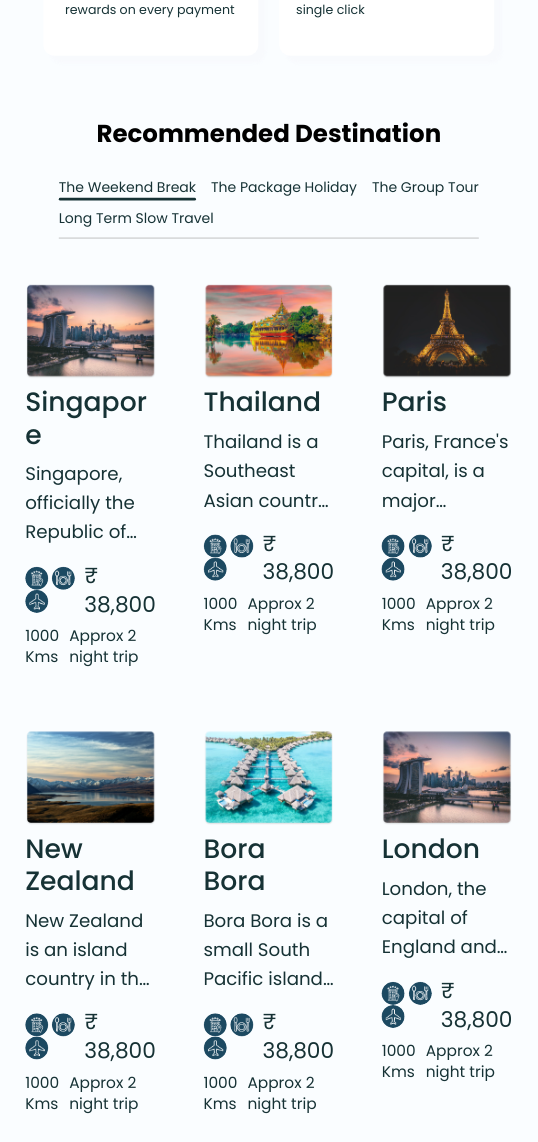
Repository: kuluong2000/travel
Page: index.html
An editor plug-in stored every save of this project. The page is shown before and after the next save, followed by the edit.
The browser window is 768 px wide. The pictures show the part of the page from y = 1132 to 3372 px (the page is 2763 px tall before and 3372 px after), at 70% of full size.
The style sheet was rebuilt from its Sass, Less or Tailwind sources for each picture, by a compiler version that may differ from the author's.

Above is the page before, as saved 2021-09-09 22:13:25.

### index.html
<!DOCTYPE html>
<html lang="en">
  <head>
    <meta charset="UTF-8" />
    <meta http-equiv="X-UA-Compatible" content="IE=edge" />
    <meta name="viewport" content="width=device-width, initial-scale=1.0" />
    <link rel="stylesheet" href="./libs/css/bootstrap.min.css" />
    <link rel="stylesheet" href="./libs/css/animate.css" />
    <link rel="stylesheet" href="./libs/css/slick-theme.css" />
    <link rel="stylesheet" href="./libs/css/slick.css" />
    <link rel="stylesheet" href="./assets/css/reset.css" />
    <link rel="stylesheet" href="./assets/css/style.css" />
    <link rel="stylesheet" href="./assets/css/responsive.css" />
    <title>Document</title>
  </head>
  <body>
    <header class="header">
      <div class="container">
        <div class="row">
          <div class="header__main">
            <div class="header__logo">
              <a href="/">
                <img src="./assets/image/logo.png" alt="" srcset="" />
              </a>
            </div>
            <div class="sub-menu">
              <div class="line1"></div>
              <div class="line2"></div>
              <div class="line3"></div>
            </div>
            <nav>
              <ul class="header__menu">
                <li class="header__menu__item">
                  <a class="header__mennu__item__link" href="/">Home</a>
                </li>
                <li class="header__menu__item">
                  <a class="header__mennu__item__link" href="/">About</a>
                </li>
                <li class="header__menu__item">
                  <a class="header__mennu__item__link" href="/">Places</a>
                </li>
                <li class="header__menu__item">
                  <a class="header__mennu__item__link" href="/">Careers</a>
                </li>
                <li class="header__menu__item">
                  <a class="header__mennu__item__link" href="/">Blog</a>
                </li>
              </ul>
            </nav>
            <a href="#" class="header__conn"> Connection </a>
          </div>
        </div>
      </div>
    </header>
    <main>
      <section class="banner">
        <div class="container">
          <div class="row">
            <div class="banner__main">
              <div class="banner__main__top">
                <h1 class="banner__main__title">Travel To explore</h1>
                <p class="banner__main__desc">Lorem ipsum dolor sit amet consectetur adipisicing elit. Quisquam sapiente quidem, quam perspiciatis ea consequatur qui officiis unde molestias</p>
              </div>
              <div class="banner__main__bottom">
                <div class="banner__main_list">
                  <div class="banner__main__item">
                    <h4 class="banner__main__item__caption">Where You Want to go</h4>
                    <a href="/" class="banner__main__item__desc">
                      <ion-icon name="search-outline" class="banner__main__item__desc--icon"> </ion-icon>
                      <p>Search yourLocation</p>
                    </a>
                  </div>
                  <div class="banner__main__item">
                    <h4 class="banner__main__item__caption">Check-in</h4>
                    <a href="/" class="banner__main__item__desc">Add Date</a>
                  </div>
                  <div class="banner__main__item">
                    <h4 class="banner__main__item__caption">check-out</h4>
                    <a href="/" class="banner__main__item__desc">add Date</a>
                  </div>
                </div>
                <a href="/" class="banner__btn"> explore Now</a>
              </div>
            </div>
          </div>
        </div>
      </section>
      <section class="about">
        <div class="container">
          <div class="row">
            <div class="about__main">
              <div class="about__item">
                <img src="./assets/image/bestPrices.png" alt="" class="about__item--img" />
                <div class="about__item__info">
                  <h4 class="about__item--title">Get Best Prices</h4>
                  <p class="about__item--desc">Pay through our application and save thousands and get amazing rewards</p>
                </div>
              </div>
              <div class="about__item">
                <img src="./assets/image/covidSafe.png" alt="" class="about__item--img" />
                <div class="about__item__info">
                  <h4 class="about__item--title">Covid Safe</h4>
                  <p class="about__item--desc">We have all the curated hotels that have all the precaution for a corvid safe environment</p>
                </div>
              </div>

              <div class="about__item">
                <img src="./assets/image/payment.png" alt="" class="about__item--img" />
                <div class="about__item__info">
                  <h4 class="about__item--title">Flexible Payment</h4>
                  <p class="about__item--desc">Enjoy the flexible payment through our app and get rewards on every payment</p>
                </div>
              </div>
              <div class="about__item">
                <img src="./assets/image/nearYou.png" alt="" class="about__item--img" />
                <div class="about__item__info">
                  <h4 class="about__item--title">Find The Best Near You</h4>
                  <p class="about__item--desc">Find the best hotels and places to visit near you in a single click</p>
                </div>
              </div>
            </div>
          </div>
        </div>
      </section>
      <section class="destination">
        <div class="container">
          <div class="row">
            <h2 class="destination__title">Recommended Destination</h2>
            <div class="destination__menu">
              <ul class="nav nav-pills d-flex justify-content-between" id="pills-tab" role="tablist">
                <li class="nav-item destination__menu__item" role="presentation">
                  <button class="nav-link destination__menu__link active" id="pills-home-tab" data-bs-toggle="pill" data-bs-target="#pills-home" type="button" role="tab" aria-controls="pills-home" aria-selected="true">The Weekend Break</button>
                </li>
                <li class="nav-item destination__menu__item" role="presentation">
                  <button class="nav-link destination__menu__link" id="pills-profile-tab" data-bs-toggle="pill" data-bs-target="#pills-profile" type="button" role="tab" aria-controls="pills-profile" aria-selected="false">The Package Holiday</button>
                </li>
                <li class="nav-item destination__menu__item" role="presentation">
                  <button class="nav-link destination__menu__link" id="pills-contact-tab" data-bs-toggle="pill" data-bs-target="#pills-contact" type="button" role="tab" aria-controls="pills-contact" aria-selected="false">The Group Tour</button>
                </li>
                <li class="nav-item destination__menu__item" role="presentation">
                  <button class="nav-link destination__menu__link" id="pills-contact-tab" data-bs-toggle="pill" data-bs-target="#pills-contact" type="button" role="tab" aria-controls="pills-contact" aria-selected="false">
                    Long Term Slow Travel
                  </button>
                </li>
              </ul>
            </div>
            <div class="tab-content" id="pills-tabContent">
              <div class="tab-pane fade show active" id="pills-home" role="tabpanel" aria-labelledby="pills-home-tab">
                <div class="destination__cards">
                  <div class="destination__card">
                    <img src="./assets/image/Singapore.png" alt="" class="destination__card__img" />
                    <div class="destination__card__content">
                      <div class="destination__card__top">
                        <h4 class="destination__card__top__name">Singapore</h4>
                        <p class="destination__card__top__desc">Singapore, officially the Republic of Singapore, is a sovereign island city-state in maritime Southeast Asia.</p>
                      </div>
                      <div class="destination__card__bottom">
                        <div class="destination__card__bottom__service">
                          <div class="destination__card__bottom__service__img">
                            <img src="./assets/image/destination_icon1.png" alt="" />
                            <img src="./assets/image/destination_icon2.png" alt="" />
                            <img src="./assets/image/destination_icon3.png" alt="" />
                          </div>
                          <p class="destination__card__bottom__service__price"><span>₹ </span> 38,800</p>
                        </div>
                        <div class="destination__card__bottom__info">
                          <p>1000 <span>Kms</span></p>
                          <p>Approx 2 night trip</p>
                        </div>
                      </div>
                    </div>
                  </div>
                  <div class="destination__card">
                    <img src="./assets/image/Thailand.png" alt="" class="destination__card__img" />
                    <div class="destination__card__content">
                      <div class="destination__card__top">
                        <h4 class="destination__card__top__name">Thailand</h4>
                        <p class="destination__card__top__desc">Thailand is a Southeast Asian country. It's known for tropical beaches, opulent royal palaces.</p>
                      </div>
                      <div class="destination__card__bottom">
                        <div class="destination__card__bottom__service">
                          <div class="destination__card__bottom__service__img">
                            <img src="./assets/image/destination_icon1.png" alt="" />
                            <img src="./assets/image/destination_icon2.png" alt="" />
                            <img src="./assets/image/destination_icon3.png" alt="" />
                          </div>
                          <p class="destination__card__bottom__service__price"><span>₹ </span> 38,800</p>
                        </div>
                        <div class="destination__card__bottom__info">
                          <p>1000 <span>Kms</span></p>
                          <p>Approx 2 night trip</p>
                        </div>
                      </div>
                    </div>
                  </div>
                  <div class="destination__card">
                    <img src="./assets/image/Paris.png" alt="" class="destination__card__img" />
                    <div class="destination__card__content">
                      <div class="destination__card__top">
                        <h4 class="destination__card__top__name">Paris</h4>
                        <p class="destination__card__top__desc">Paris, France's capital, is a major European city and a global center for art, fashion, gastronomy and culture.</p>
                      </div>
                      <div class="destination__card__bottom">
                        <div class="destination__card__bottom__service">
                          <div class="destination__card__bottom__service__img">
                            <img src="./assets/image/destination_icon1.png" alt="" />
                            <img src="./assets/image/destination_icon2.png" alt="" />
                            <img src="./assets/image/destination_icon3.png" alt="" />
                          </div>
                          <p class="destination__card__bottom__service__price"><span>₹ </span> 38,800</p>
                        </div>
                        <div class="destination__card__bottom__info">
                          <p>1000 <span>Kms</span></p>
                          <p>Approx 2 night trip</p>
                        </div>
                      </div>
                    </div>
                  </div>
                  <div class="destination__card">
                    <img src="./assets/image/New Zealand.png" alt="" class="destination__card__img" />
                    <div class="destination__card__content">
                      <div class="destination__card__top">
                        <h4 class="destination__card__top__name">New Zealand</h4>
                        <p class="destination__card__top__desc">New Zealand is an island country in the southwestern Pacific Ocean. It consists of two main landmasses.</p>
                      </div>
                      <div class="destination__card__bottom">
                        <div class="destination__card__bottom__service">
                          <div class="destination__card__bottom__service__img">
                            <img src="./assets/image/destination_icon1.png" alt="" />
                            <img src="./assets/image/destination_icon2.png" alt="" />
                            <img src="./assets/image/destination_icon3.png" alt="" />
                          </div>
                          <p class="destination__card__bottom__service__price"><span>₹ </span> 38,800</p>
                        </div>
                        <div class="destination__card__bottom__info">
                          <p>1000 <span>Kms</span></p>
                          <p>Approx 2 night trip</p>
                        </div>
                      </div>
                    </div>
                  </div>
                  <div class="destination__card">
                    <img src="./assets/image/Bora Bora.png" alt="" class="destination__card__img" />
                    <div class="destination__card__content">
                      <div class="destination__card__top">
                        <h4 class="destination__card__top__name">Bora Bora</h4>
                        <p class="destination__card__top__desc">Bora Bora is a small South Pacific island northwest of Tahiti in French Polynesia. Surrounded by sand.</p>
                      </div>
                      <div class="destination__card__bottom">
                        <div class="destination__card__bottom__service">
                          <div class="destination__card__bottom__service__img">
                            <img src="./assets/image/destination_icon1.png" alt="" />
                            <img src="./assets/image/destination_icon2.png" alt="" />
                            <img src="./assets/image/destination_icon3.png" alt="" />
                          </div>
                          <p class="destination__card__bottom__service__price"><span>₹ </span> 38,800</p>
                        </div>
                        <div class="destination__card__bottom__info">
                          <p>1000 <span>Kms</span></p>
                          <p>Approx 2 night trip</p>
                        </div>
                      </div>
                    </div>
                  </div>
                  <div class="destination__card">
                    <img src="./assets/image/London.png" alt="" class="destination__card__img" />
                    <div class="destination__card__content">
                      <div class="destination__card__top">
                        <h4 class="destination__card__top__name">London</h4>
                        <p class="destination__card__top__desc">London, the capital of England and the United Kingdom, is a 21st-century city with history stretching.</p>
                      </div>
                      <div class="destination__card__bottom">
                        <div class="destination__card__bottom__service">
                          <div class="destination__card__bottom__service__img">
                            <img src="./assets/image/destination_icon1.png" alt="" />
                            <img src="./assets/image/destination_icon2.png" alt="" />
                            <img src="./assets/image/destination_icon3.png" alt="" />
                          </div>
                          <p class="destination__card__bottom__service__price"><span>₹ </span> 38,800</p>
                        </div>
                        <div class="destination__card__bottom__info">
                          <p>1000 <span>Kms</span></p>
                          <p>Approx 2 night trip</p>
                        </div>
                      </div>
                    </div>
                  </div>
                </div>
              </div>
              <div class="tab-pane fade" id="pills-profile" role="tabpanel" aria-labelledby="pills-profile-tab">...</div>
              <div class="tab-pane fade" id="pills-contact" role="tabpanel" aria-labelledby="pills-contact-tab">...</div>
            </div>
          </div>
        </div>
      </section>
    </main>

    <script src="./libs/Js/jquery-3.5.1.slim.min.js"></script>
    <script type="module" src="https://unpkg.com/ionicons@5.5.2/dist/ionicons/ionicons.esm.js"></script>
    <script nomodule src="https://unpkg.com/ionicons@5.5.2/dist/ionicons/ionicons.js"></script>
    <script src="./libs/Js/bootstrap.min.js"></script>
    <script src="./libs/Js/slick.min.js"></script>
    <script src="./libs/Js/wow.js"></script>
    <script src="./assets/Js/main.js"></script>
  </body>
</html>

### assets/css/responsive.css

@media (min-width:1920px){
    .container{
        max-width: 1804px;
    }
}
@media (min-width:1400px) and (max-width:1919px){
    .about {
        padding: 115px 0px;
    }
    .about__main {
        grid-column-gap: 30px;

    }
    .about__item {
      padding: 29px 30px 25px 26px;
    }

    /* destination */
    .destination {
         padding: 70px 0;
    }
    .destination__cards {
        grid-gap: 90px 55px;

    }
    .destination__card__top__desc {
        font-size: 24px
    }
    .destination__card__bottom__service__price {
        font-size: 27px;
    }
}
@media (min-width:1200px) and (max-width:1399px){
    .about {
        padding: 100px 0px;
    }
    .about__main {
        grid-column-gap: 30px;
    }

    .about__item--desc {
      font-size: 18px;
    }
    .about__item:first-child {
        padding: 20px 23px 13px 20px;
    }
    .about__item:nth-child(2) {
        padding: 29px 10px 25px 20px;
    }
    .about__item:nth-child(3) {
     padding: 29px 14px 25px 20px;
    }
    .about__item:last-child {
        padding: 29px 20px 10px 20px;
    }
    /* destinaton */
    .destination {
        padding: 50px 0;
    }
    .destination__menu {
         width: 990px;
    }
    .destination__menu__link {
        font-size: 22px;
    }
    .destination__cards {
        grid-gap: 90px 50px;
    }
    .destination__card__top__name {
         font-size: 35px;
    }
    .destination__card__top__desc {
        font-size: 22px;
    }
    .destination__card__bottom__service__img img {
        width: 30px;
        height: 30px;
    }
    .destination__card__bottom__service__price {
         font-size: 25px;
    }
    .destination__card__bottom__info {
        font-size: 20px;
    }
}
@media (min-width:992px) and (max-width:1199px){
    .header__menu__item:not(:first-child) {
        margin-left: 65px;
    }
    .about {
        padding: 70px 0;
    }
    .about__main {

        grid-column-gap: 20px;
    }
    .about__item:first-child,
    .about__item:nth-child(2),
    .about__item:nth-child(3),
    .about__item:last-child {
        padding: 29px 10px 15px 15px;
    }
    .about__item--desc {
        font-size: 16px;
    }
    .about__item--title {
        font-size: 20px;
    }
    /* destination */
    .destination {
        padding: 40px 0;
    }
    .destination__title {
        margin-bottom: 60px;
    }
    .destination__menu {
        width: 830px;
    }
    .destination__menu__link {
        font-size: 20px;
    }
    .destination__cards {
        grid-gap: 90px 30px;
        margin-top: 50px;
    }
    .destination__card__top__name {
        font-size: 30px;
    }
    .destination__card__top__desc {
        font-size: 20px;
    }
    .destination__card__bottom__service__img img {
        width: 28px;
        height: 28px;
    }
    .destination__card__bottom__service__price {
        font-size: 25px;
    }
    .destination__card__bottom__info {
        font-size: 20px;
    }
}
@media (min-width:768px) and (max-width:991px){
    .header__menu__item:not(:first-child) {
        margin-left: 25px;
    }
    .header__conn {

        font-size: 16px;
        padding: 3px 10px;
    }
    /* banner */
    .header__mennu__item__link {
        font-size: 20px;
    }
    .banner {
        min-height: 450px;
    }
    .banner__main__item:not(:last-child) {
        margin-right: 15px;
        padding-right: 10px;
    }
    .banner__main__title {
        font-size: 30px;
    }
    .banner__main__desc {
        width: 70%;
        margin-bottom: 20px;
    }
    .banner__main__bottom {
        width: 85%;
        padding: 13px;
        margin: 0 auto;
    }
    .banner__btn {
        padding: 10px 15px;
    }
    .banner__main__item__caption {
        font-size: 18px;
    }
    /* about */
    .about {
         padding: 50px;
    }
    .about__main {
        grid-template-columns: repeat(2, 1fr);
        grid-column-gap: 30px;
        grid-row-gap: 30px;
    }

    .about__item:first-child {
        padding: 29px 30px 21px 26px;
    }

    .about__item:nth-child(2) {
        padding: 29px 18px 25px 15px;
    }
    .about__item--title {
         font-size: 20px;
      }
      /* destination */
      .destination {
        padding: 40px 0;
    }
    .destination__title {
        font-size: 35px;
        margin-bottom: 40px;
    }
    .destination__menu {
        width: 600px;
    }
    .destination__menu__link {
        font-size: 20px;
        margin-bottom: 12px;
    }
}
@media  (max-width:767px){
    .container{
        max-width: 100%;
        padding: 0 1.5%;
        margin:0 ;
    }

    .header__main {
        padding: 10px;
    }
    .header__menu {
        position: absolute;
        flex-direction: column;
        background: #1C4961;
        width: 100%;
        height: 100vh;
        left: 0;
        top: 50px;
        transition: 0.5s ;
        transform: translateX(-100%);
        justify-content: unset;
        z-index: 999;
    }
    .header__menu.active{
        transform: translateX(0);
    }
    .header__mennu__item__link {
        color: white;;
    }
    .sub-menu{
        display: block;
        left: 90%;
        top: 50%;
        transform: translate(-50%,-50%);
    }
    .header__menu__item:not(:first-child) {
        margin-left: 0;
    }
    .header__menu__item{
        margin-top: 30px;
    }
    .header__conn {
        font-size: 14px;
        position: absolute;
        padding: 3px 10px;
        right: 20%;
    }
    /* banner */
    .banner {
         min-height: 40vh;
    }
    .banner__main__bottom {
         display: none;
    }
    .banner__main__title {
        font-size: 5vw;
    }
    .banner__main__desc {
        width: 90vw;
        margin-bottom: 20px;
        font-size: 3vw;
    }
    /* about */
    .about {
        padding: 40px 0;
    }
    .about__main {
        grid-template-columns: repeat(1, 1fr);
        grid-row-gap: 10px;
    }
    .about__item--img {
        width: 70px;
        height: auto;
    }
    .about__item--title {
        font-size: 18px;
        margin-bottom: 10px;
    }
    .about__item--desc {
         font-size: 16px;
    }
    .about__item:first-child,
    .about__item:nth-child(2),
    .about__item:nth-child(3),
    .about__item:last-child {
        padding: 25px 10px 15px 20px;
    }

}

### assets/sass/style.scss
@import "global";
@import "variable";
@import "header";
@import "banner";
@import "about";
@import "destination";

### assets/sass/_global.scss
@import url('https://fonts.googleapis.com/css2?family=Montserrat:wght@300;400;500;600;700;800;900&family=Poppins:wght@300;400;500;600;700;800;900&display=swap');
*{
    padding: 0;
    margin: 0;
    box-sizing: border-box;
}
body{
    font-family: 'Poppins', sans-serif;
    line-height: 1.6;
    font-size: 20px;
    // background-color: rgb(247,248,252);
    background-color: #FAFDFF;
    color: #163235;
}

### assets/sass/_variable.scss
$color-white:#FFFFFF;
$color-dark-blue:#1C4961;

$color-blue:#4468E2;
$color-light-blue:#E1E8F8;
$color-black:#000000;
$color-text:#163235;
$color-gray:#848484

### assets/sass/_about.scss
.about {
    padding: 178px 0;
  &__main{
    display: grid;
    grid-template-columns: repeat(4,1fr);
    grid-column-gap: 100px;
}
  &__item{

    background-color:$color-white;
    border-radius: 15px;
    box-shadow: 10px 10px 5px 0px rgba(247,248,252,0.75);

    display: flex;
    flex-direction: column;
    &:first-child{
        padding: 29px 68px 21px 26px;
    }
    &:nth-child(2){
         padding: 29px 58px 25px 26px;
    }
    &:nth-child(3){
         padding: 29px 14px 51px 31px;
    }
    &:last-child{
        padding: 29px 33px 51px 24px;
    }


}
  &__item__info{
      margin-top: 10px;
    display: flex ;
    flex-direction: column;
    flex: 1;

  }
  &__item--img{
    width: 103px;
    height: 97px;

}
  &__item--title{
    font-size: 24px;
    margin-bottom: 20px;
}
  &__item--desc{
    font-size: 18px;
}
}

Loaded but not shown: libs/css/bootstrap.min.css (library); libs/css/animate.css (library); libs/css/slick-theme.css (library); libs/css/slick.css (common file); libs/Js/jquery-3.5.1.slim.min.js (library); libs/Js/bootstrap.min.js (library); libs/Js/slick.min.js (library); libs/Js/wow.js (library); assets/Js/main.js (6 lines, source omitted); assets/sass/_destination.scss (116 lines, source omitted); assets/sass/_header.scss (84 lines, source omitted); assets/sass/_banner.scss (84 lines, source omitted); assets/css/reset.css (60 lines, source omitted)

After the next save:
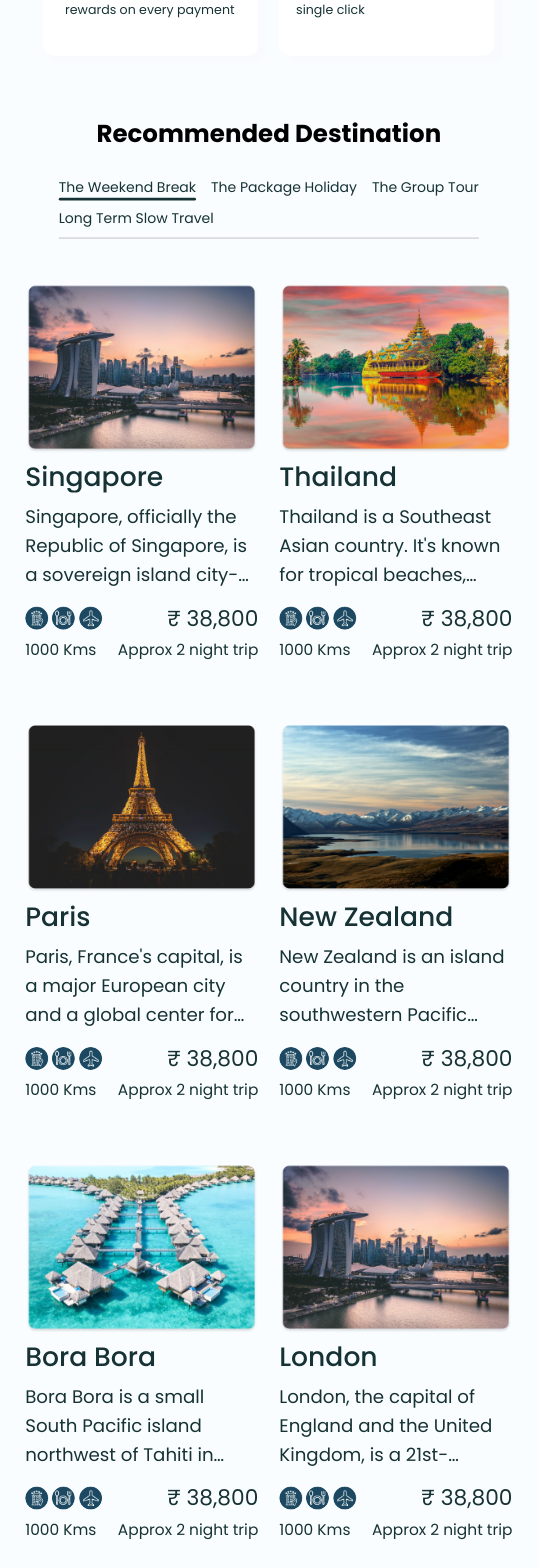
Saved 51 s later.
--- a/assets/css/responsive.css
+++ b/assets/css/responsive.css
@@ -213,6 +213,11 @@
     .destination__menu__link {
         font-size: 20px;
         margin-bottom: 12px;
+    }
+        .destination__cards {
+        grid-template-columns: repeat(2, 1fr);
+        grid-gap: 90px 30px;
+
     }
 }
 @media  (max-width:767px){
